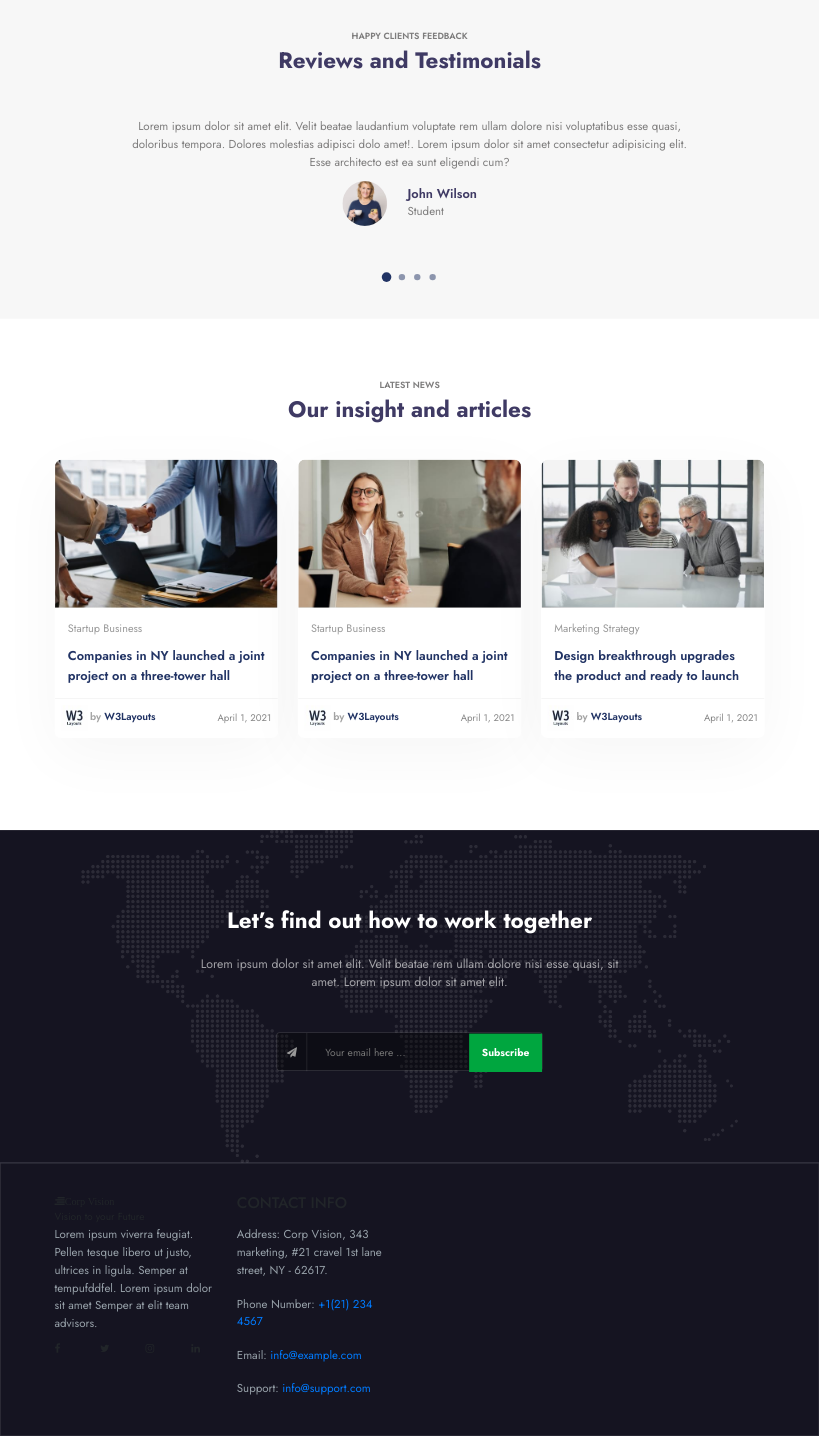
Repository: khaipnp/corpvision
Page: index.html
An editor plug-in stored every save of this project. The page is shown before and after the next save, followed by the edit.
The browser window is 1280 px wide. The pictures show the whole page, at 64% of full size.

Above is the page before, as saved 2021-07-04 12:59:49.

### index.html
<!DOCTYPE html>
<html lang="en">
  <head>
    <meta charset="UTF-8" />
    <meta http-equiv="X-UA-Compatible" content="IE=edge" />
    <meta name="viewport" content="width=device-width, initial-scale=1.0" />
    <title>Corpvision</title>
    <meta name="description" content="Corpvision Website" />
    <!-- FONT-GOOGLE -->
    <link rel="preconnect" href="https://fonts.gstatic.com" />
    <link
      href="https://fonts.googleapis.com/css2?family=Jost:ital,wght@0,100;0,200;0,300;0,400;0,500;0,600;0,700;0,800;0,900;1,400&display=swap"
      rel="stylesheet"
    />
    <!-- FONT-AWSOME -->
    <link
      rel="stylesheet"
      href="https://cdnjs.cloudflare.com/ajax/libs/font-awesome/5.15.3/css/all.min.css"
      integrity="sha512-iBBXm8fW90+nuLcSKlbmrPcLa0OT92xO1BIsZ+ywDWZCvqsWgccV3gFoRBv0z+8dLJgyAHIhR35VZc2oM/gI1w=="
      crossorigin="anonymous"
      referrerpolicy="no-referrer"
    />
    <link rel="stylesheet" href="./css/font-awesome.min.css" />
    <!-- OWL CAROUSEL -->
    <link
      rel="stylesheet"
      href="https://cdnjs.cloudflare.com/ajax/libs/OwlCarousel2/2.3.4/assets/owl.carousel.min.css"
      integrity="sha512-tS3S5qG0BlhnQROyJXvNjeEM4UpMXHrQfTGmbQ1gKmelCxlSEBUaxhRBj/EFTzpbP4RVSrpEikbmdJobCvhE3g=="
      crossorigin="anonymous"
      referrerpolicy="no-referrer"
    />
    <link
      rel="stylesheet"
      href="https://cdnjs.cloudflare.com/ajax/libs/OwlCarousel2/2.3.4/assets/owl.theme.default.css"
      integrity="sha512-OTcub78R3msOCtY3Tc6FzeDJ8N9qvQn1Ph49ou13xgA9VsH9+LRxoFU6EqLhW4+PKRfU+/HReXmSZXHEkpYoOA=="
      crossorigin="anonymous"
      referrerpolicy="no-referrer"
    />
    <!-- BOOTSTRAP -->
    <link
      rel="stylesheet"
      href="https://cdn.jsdelivr.net/npm/bootstrap@4.6.0/dist/css/bootstrap.min.css"
      integrity="sha384-B0vP5xmATw1+K9KRQjQERJvTumQW0nPEzvF6L/Z6nronJ3oUOFUFpCjEUQouq2+l"
      crossorigin="anonymous"
    />
    <!-- MAIN CSS -->
    <link rel="stylesheet" href="./css/main.css" />
  </head>
  <body>
    <header></header>
    <section class="feedback">
      <div class="feedback__content py-5">
        <div class="container">
          <h5 class="small-title col-12 text-center">Happy clients Feedback</h5>
          <h3 class="big-title col-12 text-center">Reviews and Testimonials</h3>
          <div class="testimonials owl-carousel owl-theme">
            <div class="testimonials__item">
              <p class="text-center col-12">
                Lorem ipsum dolor sit amet elit. Velit beatae laudantium
                voluptate rem ullam dolore nisi voluptatibus esse quasi,
                doloribus tempora. Dolores molestias adipisci dolo amet!. Lorem
                ipsum dolor sit amet consectetur adipisicing elit. Esse
                architecto est ea sunt eligendi cum?
              </p>
              <div
                class="
                  testimonials__desc
                  row
                  align-items-center
                  justify-content-center
                "
              >
                <div class="avatar mr-3">
                  <img src="./img/team1.jpg" alt="team 1" />
                </div>
                <div class="name ml-3">
                  <h3>John Wilson</h3>
                  <p>Student</p>
                </div>
              </div>
            </div>
            <div class="testimonials__item">
              <p class="text-center col-12">
                Lorem ipsum dolor sit amet elit. Velit beatae laudantium
                voluptate rem ullam dolore nisi voluptatibus esse quasi,
                doloribus tempora. Dolores molestias adipisci dolo amet!. Lorem
                ipsum dolor sit amet consectetur adipisicing elit. Esse
                architecto est ea sunt eligendi cum?
              </p>
              <div
                class="
                  testimonials__desc
                  row
                  align-items-center
                  justify-content-center
                "
              >
                <div class="avatar mr-3">
                  <img src="./img/team2.jpg" alt="team 2" />
                </div>
                <div class="name ml-3">
                  <h3>Julia Sakura</h3>
                  <p>Student</p>
                </div>
              </div>
            </div>
            <div class="testimonials__item">
              <p class="text-center col-12">
                Lorem ipsum dolor sit amet elit. Velit beatae laudantium
                voluptate rem ullam dolore nisi voluptatibus esse quasi,
                doloribus tempora. Dolores molestias adipisci dolo amet!. Lorem
                ipsum dolor sit amet consectetur adipisicing elit. Esse
                architecto est ea sunt eligendi cum?
              </p>
              <div
                class="
                  testimonials__desc
                  row
                  align-items-center
                  justify-content-center
                "
              >
                <div class="avatar mr-3">
                  <img src="./img/team3.jpg" alt="team 3" />
                </div>
                <div class="name ml-3">
                  <h3>Roy Linderson</h3>
                  <p>Student</p>
                </div>
              </div>
            </div>
            <div class="testimonials__item">
              <p class="text-center col-12">
                Lorem ipsum dolor sit amet elit. Velit beatae laudantium
                voluptate rem ullam dolore nisi voluptatibus esse quasi,
                doloribus tempora. Dolores molestias adipisci dolo amet!. Lorem
                ipsum dolor sit amet consectetur adipisicing elit. Esse
                architecto est ea sunt eligendi cum?
              </p>
              <div
                class="
                  testimonials__desc
                  row
                  align-items-center
                  justify-content-center
                "
              >
                <div class="avatar mr-3">
                  <img src="./img/team4.jpg" alt="team 4" />
                </div>
                <div class="name ml-3">
                  <h3>Smith Johnson</h3>
                  <p>Student</p>
                </div>
              </div>
            </div>
          </div>
        </div>
      </div>
    </section>
    <section class="news py-5">
      <div class="news__content py-5">
        <div class="container">
          <h5 class="small-title col-12 text-center">LATEST NEWS</h5>
          <h3 class="big-title col-12 text-center">Our insight and articles</h3>
          <div class="row py-5">
            <div class="news__item col-md-6 col-lg-4">
              <div class="news__card">
                <div class="card__thumbnail p-0 position-relative">
                  <img src="./img/blog1.jpg" alt="blog 1" />
                </div>
                <div class="card__content">
                  <p>Startup Business</p>
                  <a href="#">Companies in NY launched a joint project on a three-tower
                    hall</a>
                </div>
                <div class="card__footer">
                  <span><img src="./img/icon.jpeg" alt="" /> by <a href="#">W3Layouts</a></span>
                  <p>April 1, 2021</p>
                </div>
              </div>
            </div>
            <div class="news__item col-md-6 col-lg-4">
              <div class="news__card">
                <div class="card__thumbnail p-0 position-relative">
                  <img src="./img/blog2.jpg" alt="blog 1" />
                </div>
                <div class="card__content">
                  <p>Startup Business</p>
                  <a href="#">Companies in NY launched a joint project on a three-tower
                    hall</a>
                </div>
                <div class="card__footer">
                  <span><img src="./img/icon.jpeg" alt="" /> by <a href="#">W3Layouts</a></span>
                  <p>April 1, 2021</p>
                </div>
              </div>
            </div>
            <div class="news__item col-md-6 col-lg-4">
              <div class="news__card">
                <div class="card__thumbnail p-0 position-relative">
                  <img src="./img/blog3.jpg" alt="blog 1" />
                </div>
                <div class="card__content">
                  <p>Marketing Strategy</p>
                  <a href="#">Design breakthrough upgrades the product and ready to launch</a>
                </div>
                <div class="card__footer">
                  <span><img src="./img/icon.jpeg" alt="" /> by <a href="#">W3Layouts</a></span>
                  <p>April 1, 2021</p>
                </div>
              </div>
            </div>
          </div>
        </div>
      </div>
    </section>
    <div class="subscribe py-5">
      <div class="container">
        <div class="sub__box my-5 mx-auto align-items-center justify-content-center">
          <h3 class="big-title py-4 col-12 text-center">Let’s find out how to work together<h3>
          <p class="col-12 text-center">Lorem ipsum dolor sit amet elit. Velit beatae rem ullam dolore nisi esse quasi, sit amet. Lorem ipsum dolor sit amet elit.</p>
          <div class="input__email justify-content-center py-5">
            <form>
              <i class="fa fa-paper-plane"></i>
              <input type="email" placeholder="Your email here ...">
              <button>Subscribe</button>
            </form>
          </div>
        </div>
      </div>
    </div>
    <footer>
      <div class="footer__info container py-5">
        <div class="row">
          <div class="footer__content col-3">
            <i class="fa fa-align-right">Corp Vision</i>
            <div class="slogan">Vision to your Future</div>
            <p>Lorem ipsum viverra feugiat. Pellen tesque libero ut justo, ultrices in ligula. Semper at tempufddfel. Lorem ipsum dolor sit amet Semper at elit team advisors.</p>
            <div class="social__network row justify-content-start">
              <i class="fa fa-facebook col-3"></i>
              <i class="fa fa-twitter col-3"></i>
              <i class="fa fa-instagram col-3"></i>
              <i class="fa fa-linkedin col-3"></i>
            </div>
          </div>
          <div class="footer__content col-3">
            <h4>CONTACT INFO</h4>
            <ul class="list-group list-group-flush">
              <li class="list-group-item">Address: Corp Vision, 343 marketing, #21 cravel 1st lane street, NY - 62617.</li>
              <li class="list-group-item">Phone Number: <a href="tel:+1212344567">+1(21) 234 4567</a></li>
              <li class="list-group-item">Email: <a href="mailto:">info@example.com</a></li>
              <li class="list-group-item">Support: <a href="mailto:">info@support.com</a></li>
            </ul>
          </div>

        </div>
      </div>
    </footer>
    <!-- SCRIPT -->
    <!-- BOOTSTRAP -->
    <script
      src="https://cdnjs.cloudflare.com/ajax/libs/jquery/3.6.0/jquery.js"
      integrity="sha512-n/4gHW3atM3QqRcbCn6ewmpxcLAHGaDjpEBu4xZd47N0W2oQ+6q7oc3PXstrJYXcbNU1OHdQ1T7pAP+gi5Yu8g=="
      crossorigin="anonymous"
      referrerpolicy="no-referrer"
    ></script>
    <script
      src="https://cdn.jsdelivr.net/npm/bootstrap@4.6.0/dist/js/bootstrap.bundle.min.js"
      integrity="sha384-Piv4xVNRyMGpqkS2by6br4gNJ7DXjqk09RmUpJ8jgGtD7zP9yug3goQfGII0yAns"
      crossorigin="anonymous"
    ></script>
    <!-- OWL CAROUSEL -->
    <script src="./js/owl.carousel.min.js"></script>
    <script>
      $(document).ready(function () {
        $(".owl-carousel").owlCarousel({
          navigation: false,
          slideSpeed: 300,
          paginationSpeed: 400,
          singleItem: true,
          items: 1,
          // itemsDesktop : false,
          // itemsDesktopSmall : false,
          // itemsTablet: false,
          // itemsMobile : false
        });
      });
    </script>
  </body>
</html>

### css/main.css
* {
  padding: 0;
  margin: 0;
  box-sizing: border-box;
}

html,
body {
  font-family: "Jost", sans-serif;
  background: #fff;
}

.small-title {
  color: #7e7d7d;
  font-size: 14px;
  font-weight: 600;
  text-transform: uppercase;
}

.big-title {
  color: #3f3a64;
  font-size: 35px;
  font-weight: 700;
}

/* FEEDBACK */
.feedback {
  background-color: #f7f7f7;
}

.testimonials__item {
  margin: 60px auto;
  display: block;
  max-width: 900px;
  height: auto;
}

.testimonials__item p {
  color: #7e7d7d;
  font-size: 18px;
  line-height: 28px;
}

.testimonials__desc .avatar {
  width: 70px;
  height: 70px;
  overflow: hidden;
  border-radius: 50%;
}

.testimonials__desc .avatar img {
  width: 100%;
  height: 100%;
  object-fit: cover;
}

.name h3 {
  font-size: 20px;
  margin: 0;
  font-weight: 600;
  color: #3f3a64;
}
.name p {
  font-style: normal;
  margin-bottom: 0;
}

.owl-theme .owl-dots .owl-dot.active span,
.owl-theme .owl-dots .owl-dot span {
  background: rgba(33, 51, 100, 0.5);
  transform: scale(1);
  transition: all 0.5s;
}

.owl-theme .owl-dots .owl-dot.active span,
.owl-theme .owl-dots .owl-dot:hover span {
  background: #213364 !important;
  transform: scale(1.5);
}

/* NEWS */
.news__card {
  background-color: #fff;
  box-shadow: 0 25px 98px 0 rgb(0 0 0 / 4%);
  border: 1px solid transparent;
  border-radius: 10px;
}

.card__thumbnail {
  overflow: hidden;
  border-radius: 10px 10px 0 0;
}

.card__thumbnail img {
  width: 100%;
  border-radius: 10px 10px 0 0;
  object-fit: cover;
  cursor: pointer;
  transition: all 0.5s;
}

.card__thumbnail img:hover {
  transform: scale(1.15);
}

.card__content {
  padding: 20px;
}

.card__content p {
  color: #999;
  font-size: 17px;
  font-weight: 400;
}

.card__content a {
  text-decoration: none;
  color: #213364;
  font-size: 20px;
  font-weight: 600;
  transition: all 0.5s;
  cursor: pointer;
}

.card__content a:hover {
  color: #00a63f;
}

.card__footer {
  display: flex;
  justify-content: space-between;
  align-items: center;
  border-top: 1px solid rgba(126, 125, 125, 0.1);
  padding: 10px;
}

.card__footer a {
  color: #213364;
  font-size: 1rem;
  font-weight: 600;
  cursor: pointer;
  transition: all 0.5s;
  text-decoration: none;
}

.card__footer a:hover {
  color: #00a63f;
}

.card__footer img {
  cursor: pointer;
}

.card__footer span {
  color: rgb(102, 102, 102, 0.6);
  font-weight: 600;
}

.card__footer p {
  margin-bottom: 0;
  font-size: 15px;
  color: rgb(102, 102, 102, 0.8);
}

/* SUBCRIBE */
.subscribe {
  background-image: url(../img/map.png);
  background-color: #151421;
  background-size: contain;
  background-repeat: no-repeat;
  background-position: center;
}

.sub__box {
  max-width: 700px;
}

.sub__box .big-title {
  color: #fff;
}

.sub__box p {
  font-size: 1.2rem;
  color: rgba(255, 255, 255, 0.6);
  line-height: 1.5;
  font-weight: 400;
}

.input__email {
  display: flex;
}

.input__email form {
  border: 1px solid rgb(255, 255, 255, 0.15);
  border-radius: 5px;
  height: 60px;
  background: rgb(0, 0, 0, 0.35);
  max-width: 550px;
}

.input__email input {
  color: #999;
  padding: 20px 20px;
  border: none;
  font-size: 1rem;
  outline: none;
  background: none;
}

.input__email button {
  background-color: #00a63f;
  color: #fff;
  height: 60px;
  padding: 0 20px;
  border: none;
  font-size: 1rem;
  font-weight: 700;
  line-height: 60px;
  text-align: center;
}

.input__email i {
  text-align: center;
  color: #999;
  font-size: 1rem;
  border-right: 1px solid rgb(255, 255, 255, 0.15);
  line-height: 60px;
  padding: 0 15px;
}

/* FOOTER */

footer {
  background-color: #151421;
  border: 1px solid rgb(255, 255, 255, 0.15);
}

.footer__content p {
  color: #97a1a9;
  font-size: 18px;
  line-height: 28px;
}

.footer__content .list-group-item {
  background-color: transparent !important;
  color: #97a1a9;
  border: none !important;
  font-size: 18px;
  line-height: 28px;
  padding-left: 0 !important;
}

Loaded but not shown: css/font-awesome.min.css (library); js/owl.carousel.min.js (library)

After the next save:
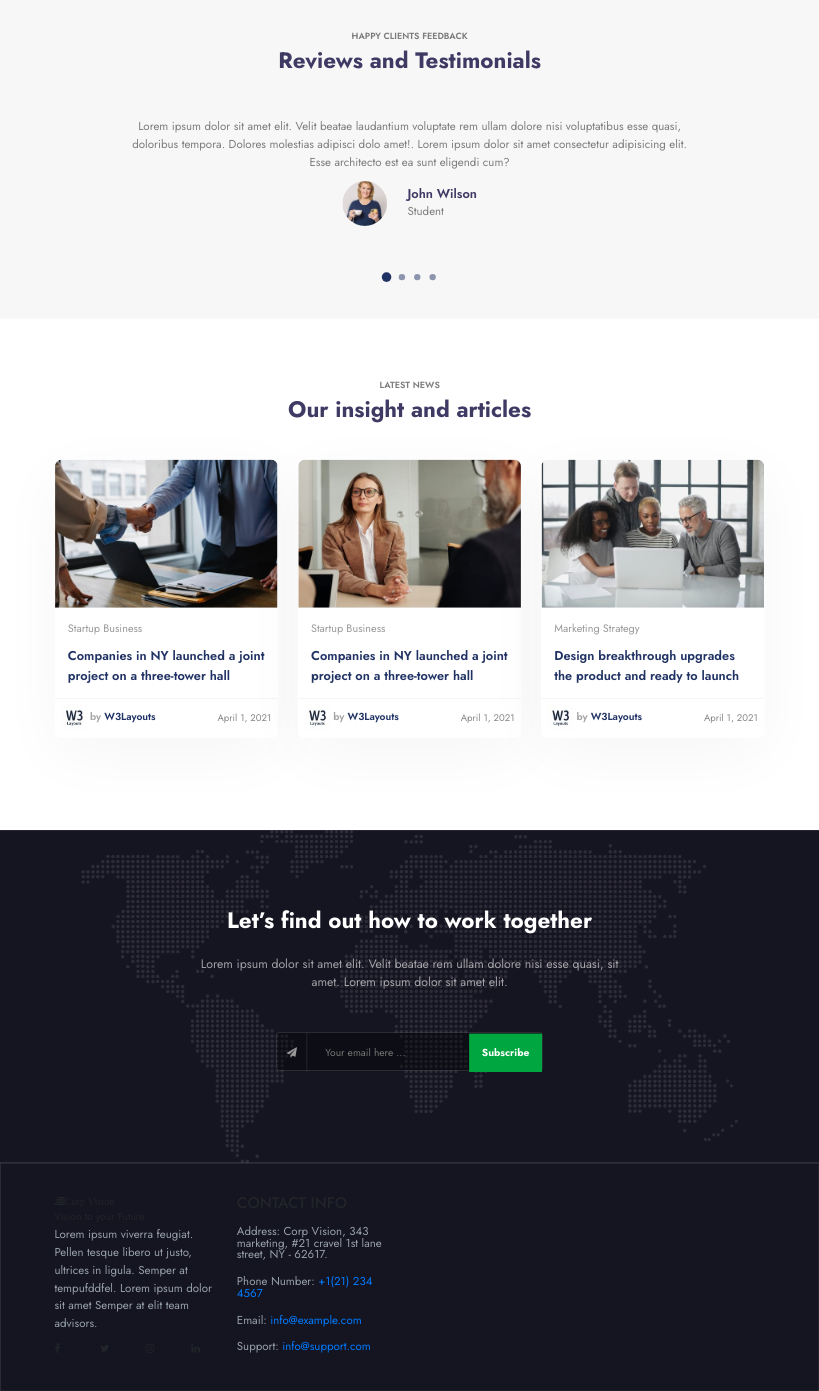
Saved 11 s later.
--- a/css/main.css
+++ b/css/main.css
@@ -246,6 +246,6 @@
   color: #97a1a9;
   border: none !important;
   font-size: 18px;
-  line-height: 28px;
+  line-height: 18px;
   padding-left: 0 !important;
 }

After the save that followed:
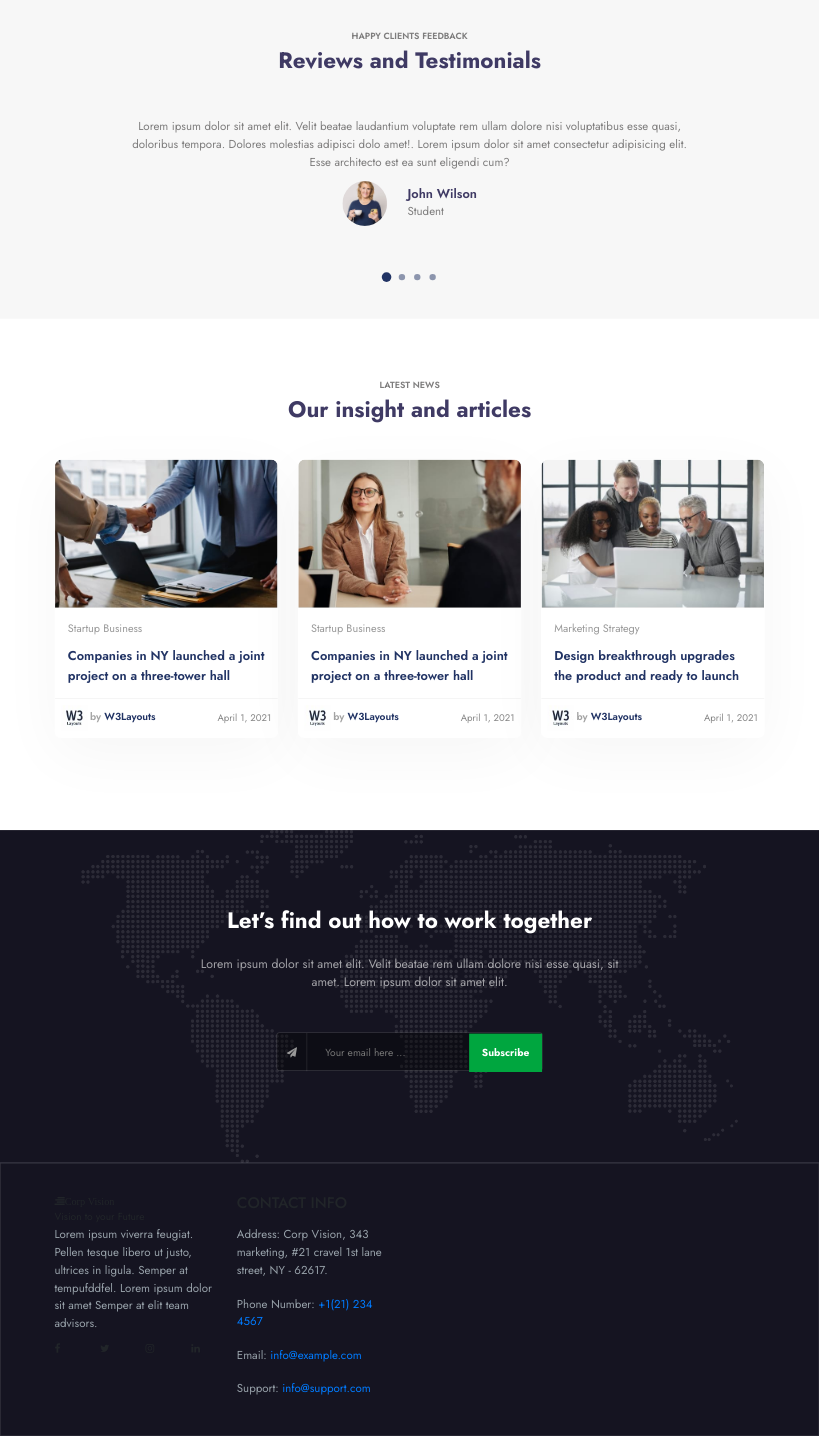
Saved 5 s later.
--- a/css/main.css
+++ b/css/main.css
@@ -246,6 +246,6 @@
   color: #97a1a9;
   border: none !important;
   font-size: 18px;
-  line-height: 18px;
+  line-height: 28px;
   padding-left: 0 !important;
 }
